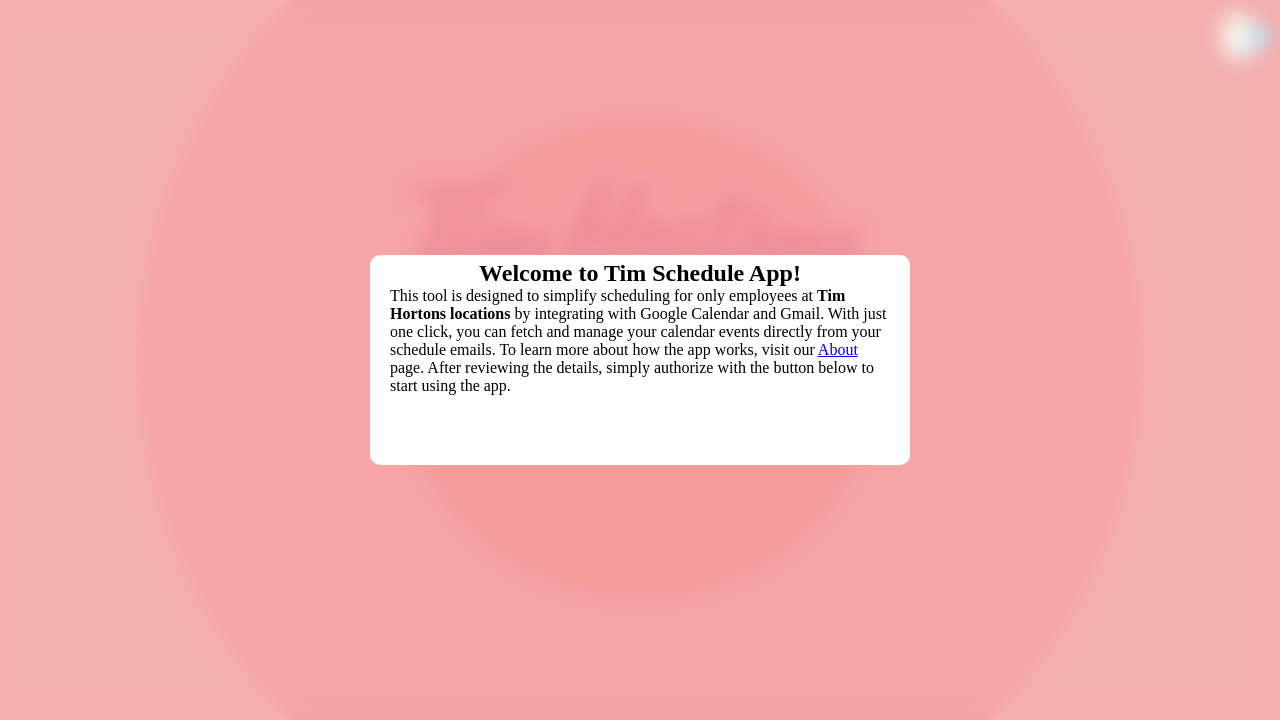
Repository: Sukhvir-Grewal/tim-schadule-app
Page: node_version/public/index.html
An editor plug-in stored every save of this project. The page is shown before and after the next save, followed by the edit.
The browser window is 1280 px wide. The pictures show the whole page.

Above is the page before, as saved 2024-08-15 01:05:50.

After the next save:
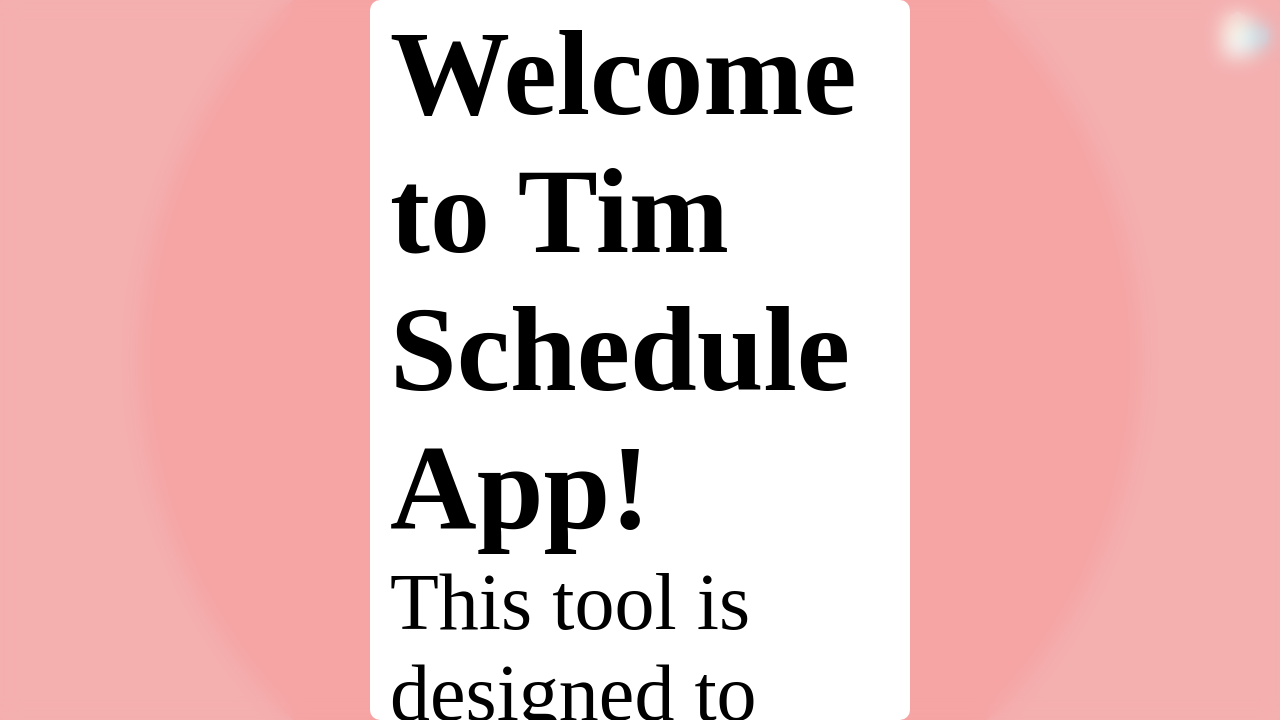
Saved 12 s later.
--- a/node_version/public/style.css
+++ b/node_version/public/style.css
@@ -33,7 +33,7 @@
     width: 90vw;
     padding: 5px 20px;
     animation: fadeIn 4s ease;
-    font-size: ;
+    font-size: 80px;
 }
 
 .logo {
